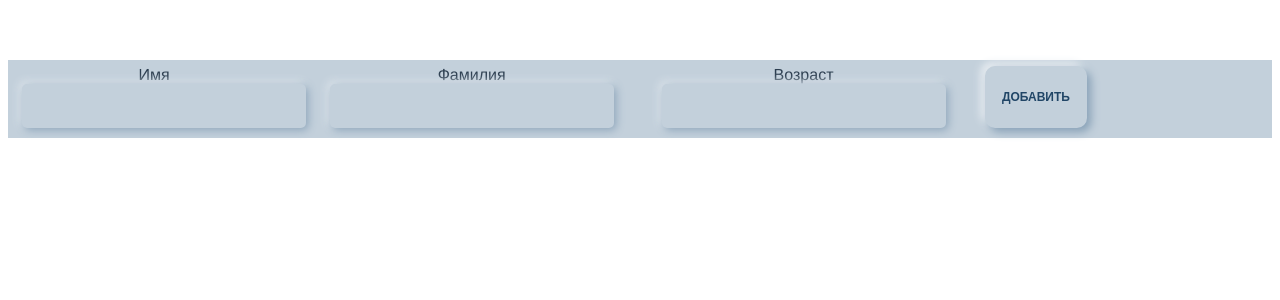
Repository: shum89/test-vue-table
Page: /
An editor plug-in stored every save of this project. The page is shown before and after the next save, followed by the edit.
The browser window is 1280 px wide. The pictures show the whole page.
The project was rebuilt for these pictures with package versions that can differ from the ones it lists, and the page was loaded fresh each time. Also part of the build but not shown: vue.config.js.

Above is the page before, as saved 2021-07-18 15:53:28.

After the next save:
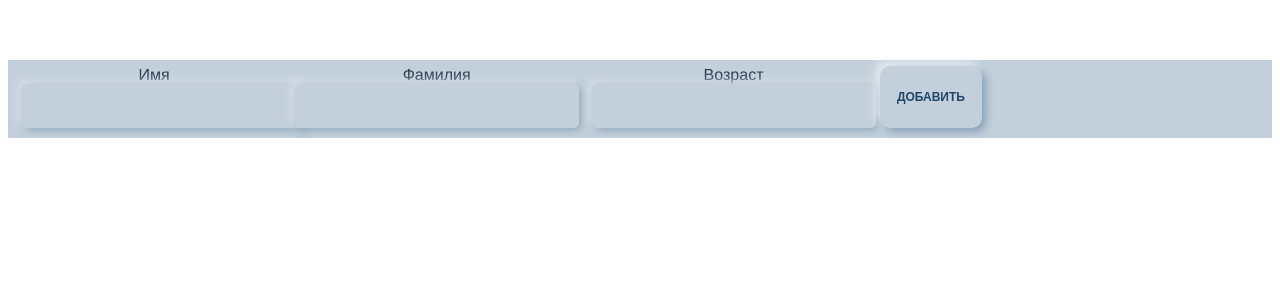
Saved 20 s later.
--- a/src/components/Form.vue
+++ b/src/components/Form.vue
@@ -73,7 +73,7 @@ export default {
 }
 .form__fieldset {
   display: flex;
-  gap: 35px;
+  justify-content: space-between;
 }
 .form__submit {
   border-radius: 10px;
